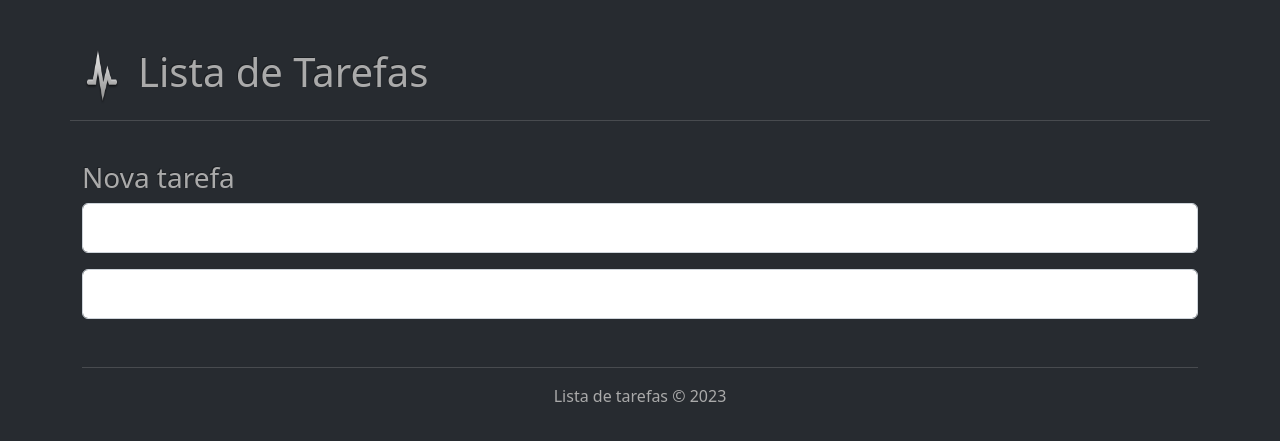
Repository: cargugati/lista_tarefas
Page: frontEnd/new_task.html
The author's editor kept a copy of each file at every save. The page is drawn from the files as they stood at one save, then again after the next save.
The browser window is 1280 px wide. The pictures show the whole page.

Above is the page before, as saved 2023-03-30 10:35:56.

After the next save:
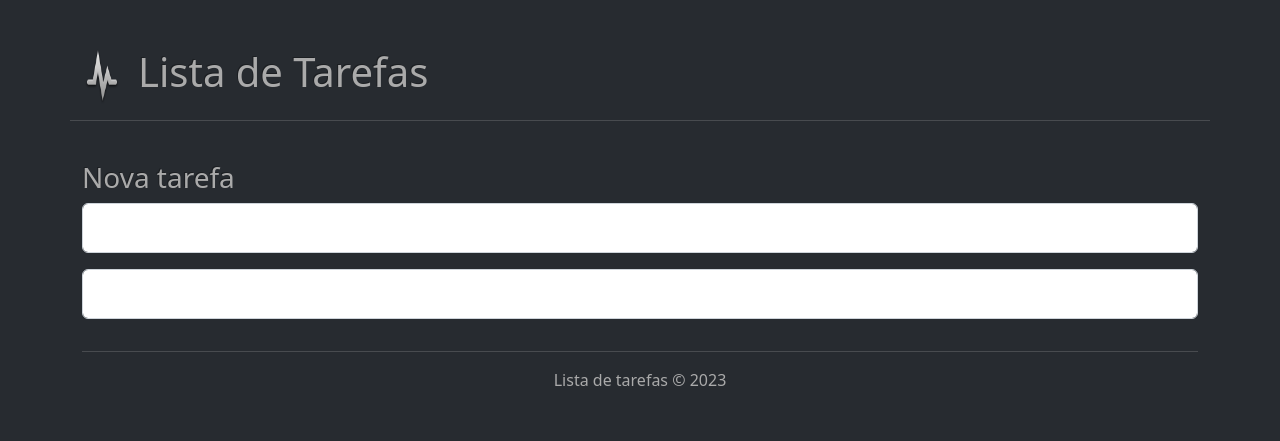
Saved 29 s later.
--- a/frontEnd/new_task.html
+++ b/frontEnd/new_task.html
@@ -34,7 +34,7 @@
         <div class="mb-3">
           <input type="text" name="" id="text_task_text" class="form-control">
         </div>
-        <div class="mb-3">
+        <div class="text-center">
           <input type="text" name="" id="text_task_text" class="form-control">
         </div>
       </div>
